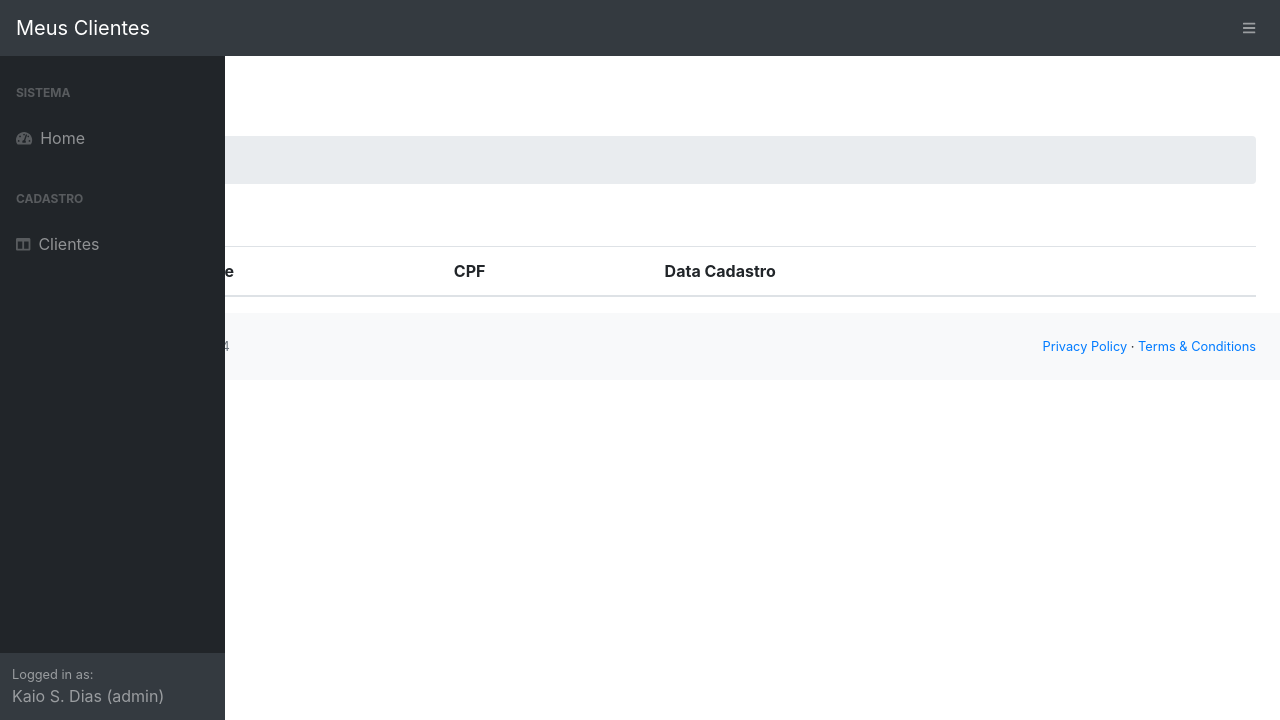
Repository: Kaio-Dias/Angular-Springboot
Page: /users-list (app in Frontend/clients-app/)
The author's editor kept a copy of each file at every save. The page is drawn from the files as they stood at one save, then again after the next save.
The browser window is 1280 px wide. The pictures show the whole page.
The page's requests for data from a server got no answer. Some web libraries are served in a nearby version. The project was rebuilt for these pictures with package versions that can differ from the ones it lists, and the page was loaded fresh each time. No one was signed in, and anything a server would have sent is missing. Also part of the build but not shown: Frontend/clients-app/angular.json, Frontend/clients-app/src/app/users/users-form/users-form.component.ts, Frontend/clients-app/src/app/users/UserModel.ts, Frontend/clients-app/src/app/home/home.component.ts.

Above is the page before, as saved 2024-07-12 16:17:16.

After the next save:
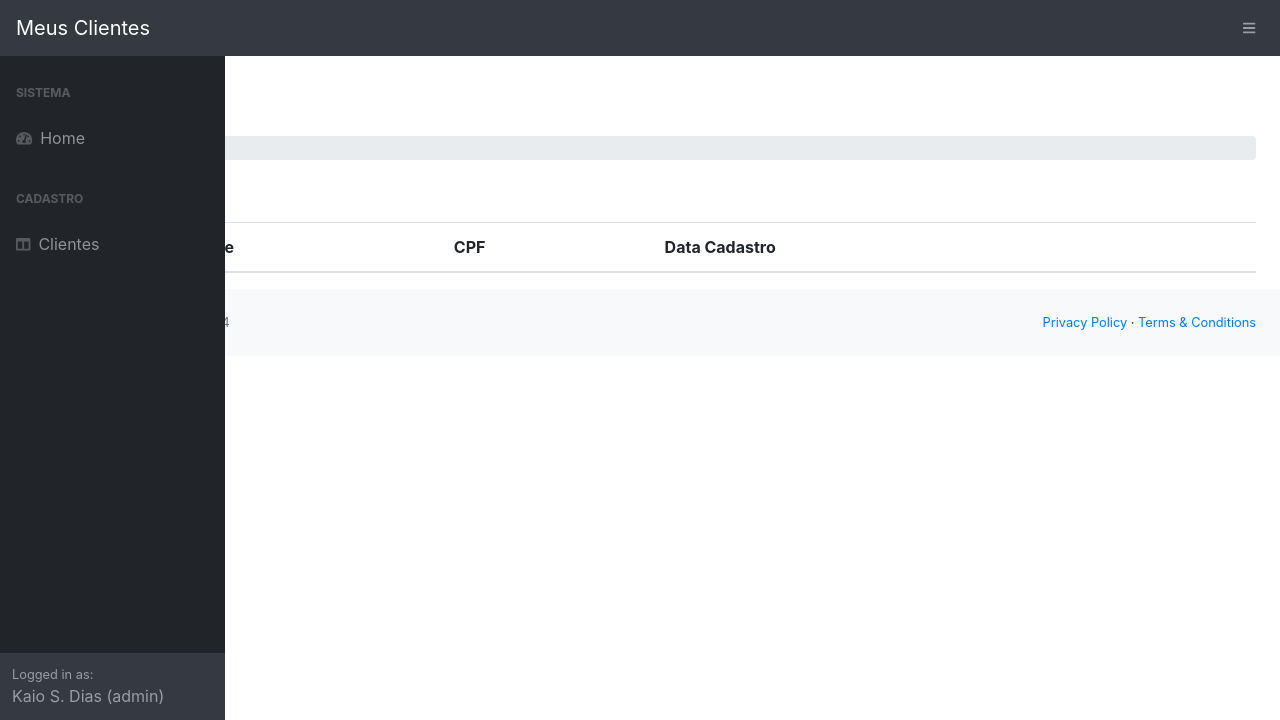
Saved 37 s later.
--- a/Frontend/clients-app/src/app/users/users-list/users-list.component.html
+++ b/Frontend/clients-app/src/app/users/users-list/users-list.component.html
@@ -1,6 +1,6 @@
 <h1 class="mt-4">Clientes</h1>
 <ol class="breadcrumb mb-4">
-    <li class="breadcrumb-item active">Consulta está aqui ?</li>
+    <li class="breadcrumb-item active"></li>
 </ol>
 <div class="container">
 </div>
